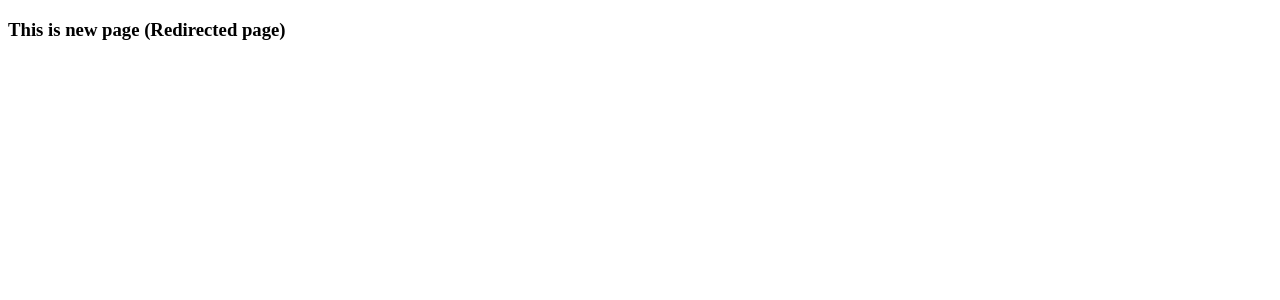
Repository: Mehakbatra496/Eclipse-Workspace
Page: A1_PracticeWebApp/src/main/webapp/New1.html
These files come from the project's save history. The page is drawn as it stood at one moment and after the next save; the edit follows.
The browser window is 1280 px wide. The pictures show the whole page.

Above is the page before, as saved 2024-04-26 11:02:43.

After the next save:
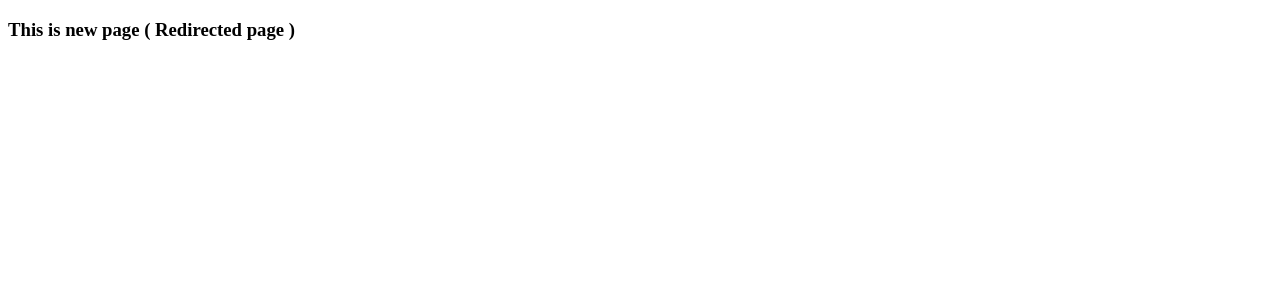
Saved 40 s later.
--- a/A1_PracticeWebApp/src/main/webapp/New1.html
+++ b/A1_PracticeWebApp/src/main/webapp/New1.html
@@ -5,6 +5,6 @@
 <title>Insert title here</title>
 </head>
 <body>
-<h3> This is new page (Redirected page)</h3>
+<h3> This is new page ( Redirected page )</h3>
 </body>
 </html>
